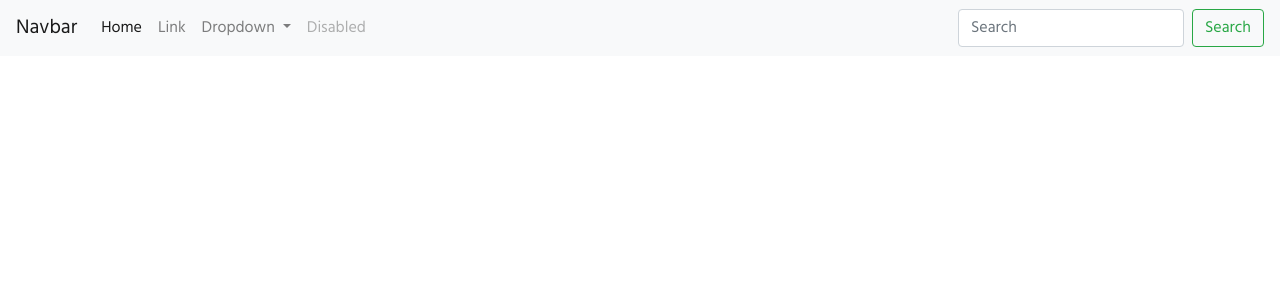
Repository: thanhfrankie/portfolio
Page: index.html
An editor plug-in stored every save of this project. The page is shown before and after the next save, followed by the edit.
The browser window is 1280 px wide. The pictures show the whole page.

Above is the page before, as saved 2023-11-28 09:09:05.

After the next save:
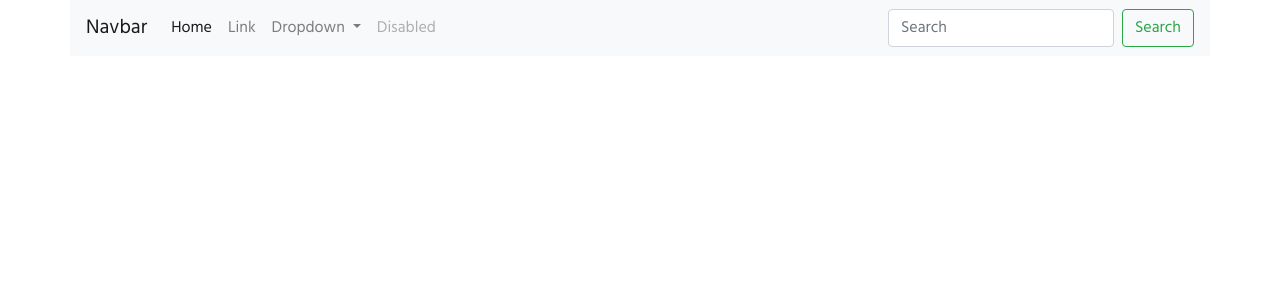
Saved 17 min 42 s later.
--- a/index.html
+++ b/index.html
@@ -21,7 +21,7 @@
   </head>
   <body>
 <header>
-    <nav class="navbar navbar-expand-lg navbar-light bg-light">
+    <nav class="container navbar navbar-expand-lg navbar-light bg-light">
         <a class="navbar-brand" href="#">Navbar</a>
         <button class="navbar-toggler" type="button" data-toggle="collapse" data-target="#navbarSupportedContent" aria-controls="navbarSupportedContent" aria-expanded="false" aria-label="Toggle navigation">
           <span class="navbar-toggler-icon"></span>
